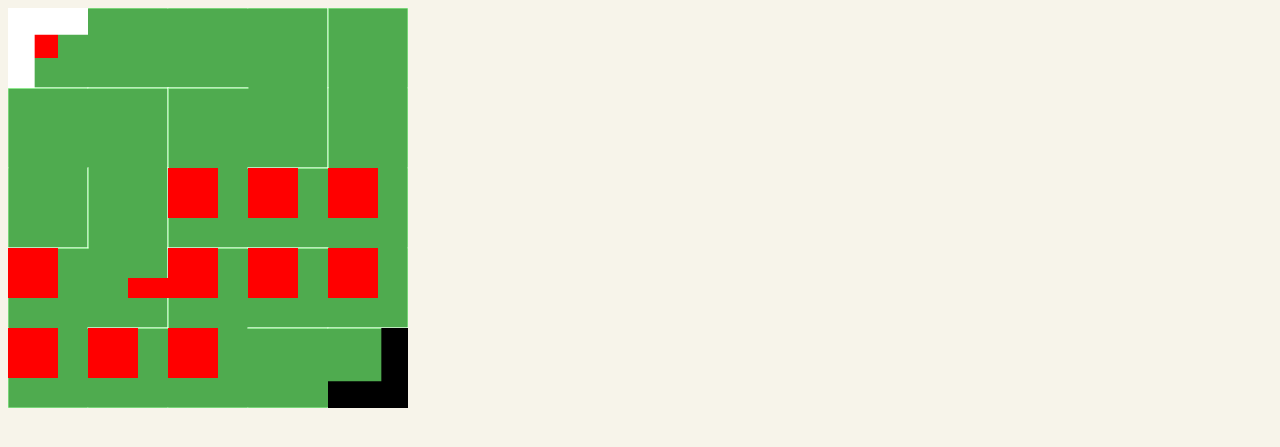
Repository: animarcus/maze-generator
Page: index.html
The author's editor kept a copy of each file at every save. The page is drawn from the files as they stood at one save, then again after the next save.
The browser window is 1280 px wide. The pictures show the whole page.
Some web libraries are served in a nearby version.

Above is the page before, as saved 2020-09-12 20:00:39.

### index.html
<!DOCTYPE html>
<html lang="en">
<head>
  <link rel="apple-touch-icon" sizes="180x180" href="/icons/apple-touch-icon.png">
  <link rel="icon" type="image/png" sizes="32x32" href="/icons/favicon-32x32.png">
  <link rel="icon" type="image/png" sizes="16x16" href="/icons/favicon-16x16.png">
  <link rel="manifest" href="/icons/site.webmanifest">
  <link rel="mask-icon" href="/icons/safari-pinned-tab.svg" color="#5bbad5">
  <link rel="shortcut icon" href="/icons/favicon.ico">
  <meta name="msapplication-TileColor" content="#da532c">
  <meta name="msapplication-config" content="/icons/browserconfig.xml">
  <meta name="theme-color" content="#ffffff">

  <script type="text/javascript" src="https://cdn.jsdelivr.net/npm/p5@1.1.4/lib/p5.min.js"></script>
  <script src="js/cell.js"></script>
  <script src="js/sketch.js"></script>
  <script src="js/solver.js"></script>


  <link rel="stylesheet" href="css/style.css">
  <meta charset="UTF-8">
  <meta name="viewport" content="width=device-width, initial-scale=1.0, maximum-scale=1.0, user-scalable=0">
  <title>Maze Generator</title>
</head>
<body>
</body>
</html>

### js/cell.js
class Cell {
  constructor(i, j) {
    this.i = i;
    this.j = j;
    this.walls = [true,true,true,true];
    this.visited = false;
  }
  checkNeighbors() {
    let neighbors = [];
    // console.log(index(i+1  , j   ));
    let top     = grid[index(this.i    , this.j-1 )];
    let right   = grid[index(this.i+1  , this.j   )];
    let bottom  = grid[index(this.i    , this.j +1)];
    let left    = grid[index(this.i-1  , this.j   )];
    if (top && !top.visited) {
      neighbors.push(top);
    }
    if (right && !right.visited) {
      neighbors.push(right);
    }
    if (bottom && !bottom.visited) {
      neighbors.push(bottom);
    }
    if (left && !left.visited) {
      neighbors.push(left);
    }
    if (neighbors.length > 0) {
      let r = floor(Math.random() * neighbors.length);
      return neighbors[r];
    } else {
      return undefined;
    }
  }
  highlight() {
    let x = this.i * w;
    let y = this.j * w;
    fill(150, 0, 0, 255);
    noStroke();
    rect(x, y, w, w);
  }
  show() {
    let x = this.i*w;
    let y = this.j*w;
    stroke(255);
    if (this.walls[0]) {
      line(x,y,x+w,y);
    }
    if (this.walls[1]) {
      line(x+w,y,x+w,y+w);
    }
    if (this.walls[2]) {
      line(x+w,y+w,x,y+w);
    }
    if (this.walls[3]) {
      line(x,y+w,x,y);
    }
    if (this.visited) {
      noStroke();
      fill(100, 255, 100, 150);
      rect(x, y, w, w);
    }
  }
}

### js/sketch.js



let cols, rows;
let w = 80;
let grid = [];
let current;
let stack = [new Cell(0, 0)];

let generated;
let solveOK;

let exitPoint;

let solvedPath = [];

function setup() {
  createCanvas(400,400);
  cols = floor(width/w);
  rows = floor(width/w);
  console.log(rows, cols);
  exitPoint = [rows-1,cols-1];

  // frameRate(7);

  generated = false;
  solveOK = false;

  for (let j = 0; j < rows; j++) {
    for (let i = 0; i < cols; i++) {
      let cell = new Cell(i,j);
      grid.push(cell);
    }
  }
  current = grid[0];
}

function draw() {
  background(51);
  for (let i = 0; i < grid.length; i++) {
    grid[i].show();
  }
  solvedPath.forEach(maze.drawSolvedPath);

  if (!generated) {
    maze.generateMaze();
  } else if (solveOK) {
    if (solver.i === exitPoint[0] && solver.j === exitPoint[1]) {
      solver.i = 0;
      solver.j = 0;
    } else {
      maze.solveMaze();
    }
  }
}


let maze = {
  generateMaze : function() {
    current.visited = true;
    current.highlight();
    let next = current.checkNeighbors();
    // console.log(stack);
    if (next) {
      next.visited = true;
      //step 2
      stack.push(next);
      //step 3
      removeWalls(current, next);
      //step 4
      current = next;
    } else if (stack.length > 0) {
      current = stack.pop();
      if (stack.length == 0) {
        frameRate(3);
        solver = new Solver(2, 2);
        generated = true;

        solveOK = true;
      }
    }
  },
  solveMaze : function() {
    // grid[0].highlight();
    noStroke();
    fill(color("white"));
    rect(grid[0].i, grid[0].j, w/3, w);
    rect(grid[0].i, grid[0].j, w, w/3);
    fill(color("black"));
    rect(grid[grid.length-1].i*w + w, grid[grid.length-1].j*w + w, -w/3, -w);
    rect(grid[grid.length-1].i*w + w, grid[grid.length-1].j*w + w, -w, -w/3);

    fill(color("red"));
    // rect(solver.i+w/10,solver.j+w/10,w-w/5,w-w/5);
    solver.draw();
    solver.move();
  },
  drawSolvedPath : function(coords, index) {
    rect(0, 0, 50,50)
    let i = coords.i;
    let j = coords.j;
    console.log(" ");
    console.log(i, j);
    fill(color("red"));
    rect(i, j, 50,50);
  }
};


function index(i, j) {
  if (i < 0 || j < 0 || i > cols-1 || j > rows-1) {
    return -1;
  }
  return i + j * cols;
}


function removeWalls(a, b) {
  let x = a.i - b.i;
  if (x === 1) {
    a.walls[3] = false;
    b.walls[1] = false;
  } else if (x == -1) {
    a.walls[1] = false;
    b.walls[3] = false;
  }

  let y = a.j - b.j;
  if (y === 1) {
    a.walls[0] = false;
    b.walls[2] = false;
  } else if (y === -1) {
    a.walls[2] = false;
    b.walls[0] = false;
  }

}

### js/solver.js
let facing;
class Solver {
  constructor(x, y) {
    this.i = x;
    this.j = y;
    this.direction = 1; // up-right-down-left
  }
  draw() {
    this.current = grid[index(this.i, this.j)];

    fill(color("red"));
    // this.direction = Math.abs(this.direction);
    let x = this.i*w;
    let y = this.j*w;
    if (this.direction % 4 === 0) {
      this.facing = grid[index(this.i, this.j-1)];
      rect(x + w/2-w/8, y + w/2, w/4, -w/2);
    } else if (this.direction % 4 === 1) {
      rect(x + w/2, y + w/2-w/8, w/2, w/4);
      this.facing = grid[index(this.i+1, this.j)];
    } else if (this.direction % 4 === 2) {
      rect(x + w/2-w/8, y + w/2, w/4, w/2);
      this.facing = grid[index(this.i, this.j+1)];
    } else if (this.direction % 4 === 3) {
      rect(x + w/2, y + w/2-w/8, -w/2, w/4);
      this.facing = grid[index(this.i-1, this.j)];
    }
  }
  move() {
    solvedPath.push({"i" : this.i*w, "j" : this.j*w});
    // console.log(" ");
    if (this.current.walls[solveDirection(this.direction)] ||
        (this.facing.i === undefined || this.facing.j === undefined)) {//iswallfront
      // console.log("wall in front"); // wall in front

      if (this.current.walls[solveDirection(this.direction + 1)]) {//iswallright
        // console.log("wall on right", solveDirection(this.direction -1)); // wall on right
        if (this.current.walls[solveDirection(this.direction - 1)]) { //iswallleft
          // console.log("wall on left");
          this.direction += 1;//turn right
        } else {
          this.direction -= 1;//turn left
        }

      } else { //turn right
        this.direction += 1;
      }
    } else {//nowallfront
      this.i = this.facing.i;
      this.j = this.facing.j;
      this.current = grid[index(this.i, this.j)];
      if (!this.current.walls[solveDirection(this.direction + 1)]) {
        this.direction += 1;
      }
    }
    // up wall check : this.current.walls[0] && this.facing.walls[2]
    // right wall check : this.current.walls[1] && this.facing.walls[3]
    // down wall check : this.current.walls[2] && this.facing.walls[0]
    // left wall check : this.current.walls[3] && this.facing.walls[1]
  }
}


function solveDirection(dir) {
  if (dir < 0) {
    dir += 4;
  }
  if (dir % 4 === 0) {
    dir = 0;
  } else if (dir % 4 === 1) {
    dir = 1;
  } else if (dir % 4 === 2) {
    dir = 2;
  } else if (dir % 4 === 3) {
    dir = 3;
  }
  return dir;
}

### css/style.css
* {
  cursor: default;
  /* -webkit-touch-callout: none;
  -webkit-user-select: none;
  -khtml-user-select: none;
  -moz-user-select: none;
  -ms-user-select: none;
  user-select: none; */
}
body {
  background: #f7f4ea;
  height: 100%;
  overflow-y: hidden;
  overflow-x: hidden;
  /* border-radius: 50%; */
}

/* p {
  position: absolute;
  top:50%;
  left:50%;
  transform: translate(-50%,-50%);
} */

After the next save:
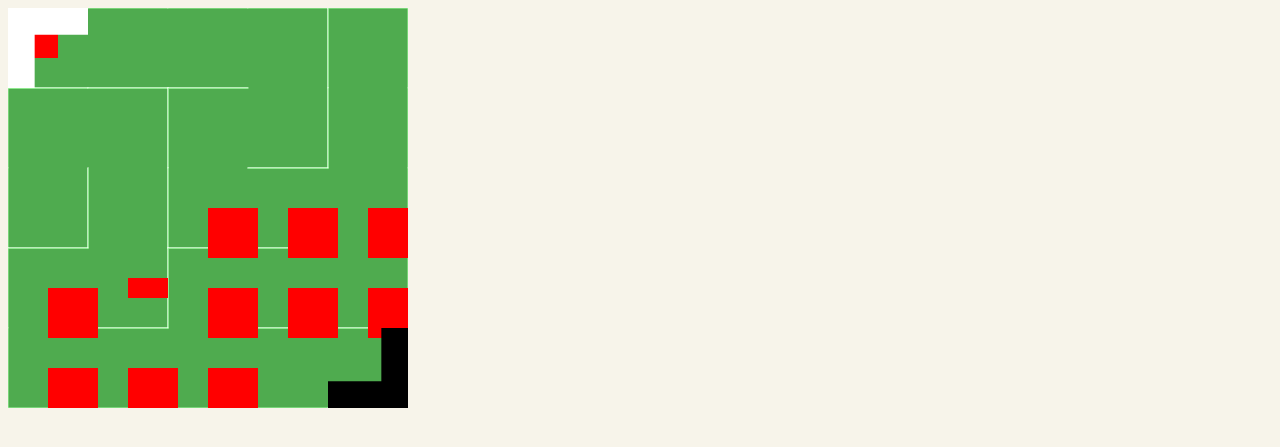
Saved 23 s later.
--- a/js/sketch.js
+++ b/js/sketch.js
@@ -102,7 +102,7 @@ let maze = {
     console.log(" ");
     console.log(i, j);
     fill(color("red"));
-    rect(i, j, 50,50);
+    rect(i + w/2, j + w/2, 50,50);
   }
 };
 
